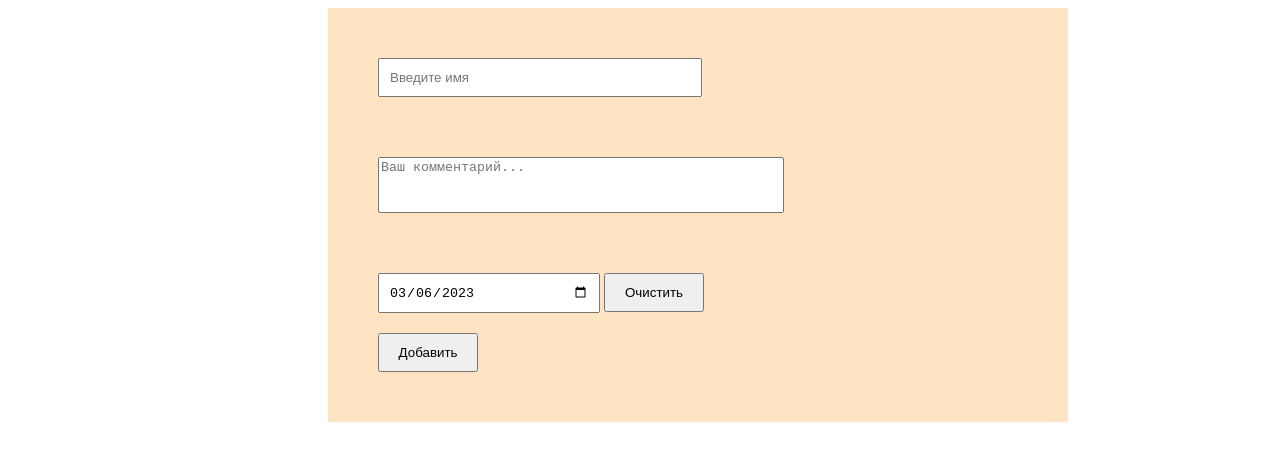
Repository: Grid-Master/commentList
Page: index.html
An editor plug-in stored every save of this project. The page is shown before and after the next save, followed by the edit.
The browser window is 1280 px wide. The pictures show the whole page.

Above is the page before, as saved 2023-03-12 21:04:57.

### index.html
<!DOCTYPE html>
<html lang="en">
  <head>
    <meta charset="UTF-8" />
    <meta http-equiv="X-UA-Compatible" content="IE=edge" />
    <meta name="viewport" content="width=device-width, initial-scale=1.0" />
    <title>Comments</title>
    <style>
      form {
        width: 50vw;
        margin-left: 25vw;
        background-color: bisque;
        display: flex;
        flex-direction: column;
        padding: 50px;
      }

      input[type='text'] {
        width: 300px;
        padding: 10px;
        margin-bottom: 20px;
      }
      textarea {
        width: 400px;
        height: 50px;
        resize: none;
        margin-bottom: 20px;
      }

      input[type='date'] {
        width: 200px;
        padding: 9px;
        margin-bottom: 20px;
      }

      button {
        width: 100px;
        padding: 10px;
      }
    </style>
  </head>
  <body>
    <form onsubmit="addComment(); return false">
      <input id="name" type="text" placeholder="Введите имя" required />
      <h2 id="nameReq"></h2>
      <textarea id="comment" placeholder="Ваш комментарий..." required></textarea>
      <h2 id="commentReq"></h2>
      <div>
        <input type="date" id="date" />
        <button type="button" onclick="clearDate()">Очистить</button>
      </div>
      <button type="submit">Добавить</button>
    </form>
    <ul id="commentList"></ul>
    <script src="./script.js"></script>
  </body>
</html>

### script.js
let nameReq = document.getElementById('nameReq');
let commentReq = document.getElementById('commentReq');
let nameInput = document.getElementById('name');
let commentInput = document.getElementById('comment');
let dateInput = document.getElementById('date');
document.getElementById('date').valueAsDate = new Date();

function clearDate() {
  document.getElementById('date').valueAsDate = null;
}

nameInput.addEventListener('change', () => {
  if (nameInput.value == '') {
    nameReq.innerText = 'Введите имя!';
  } else {
    nameReq.innerText = '';
  }
});

commentInput.addEventListener('change', () => {
  if (commentInput.value == '') {
    nameReq.innerText = 'Введите комментарий!';
  } else {
    nameReq.innerText = '';
  }
});

function addComment() {
  let name = document.getElementById('name').value;
  let comment = document.getElementById('comment').value;
  let date = document.getElementById('date').valueAsDate;
  let list = document.getElementById('commentList');

  let nameEl = document.createElement('h3');
  let commentEl = document.createElement('p');
  let dateEl = document.createElement('h4');
  let deleteEl = document.createElement('button');
  let container = document.createElement('div');

  nameEl.innerHTML = name;
  commentEl.innerHTML = comment;
  deleteEl.textContent = 'Удалить комментарий';

  deleteEl.addEventListener('click', () => {
    deleteEl.parentElement.remove();
  });

  if (date.toLocaleDateString() == new Date().toLocaleDateString()) {
    dateEl.innerHTML = `Сегодня в ${new Date().toLocaleTimeString()}`;
    container.append(nameEl, commentEl, dateEl, deleteEl);
  } else if (date.toLocaleDateString() == new Date(Date.now() - 86400000).toLocaleDateString()) {
    dateEl.innerHTML = `Вчера в ${new Date().toLocaleTimeString()}`;
    container.append(nameEl, commentEl, dateEl, deleteEl);
  } else {
    dateEl.innerHTML = `${date.toLocaleDateString()} в ${new Date().toLocaleTimeString()}`;
    container.append(nameEl, commentEl, dateEl, deleteEl);
  }
  list.append(container);

  nameInput.value = '';
  commentInput.value = '';
  dateInput.value = null;
}

After the next save:
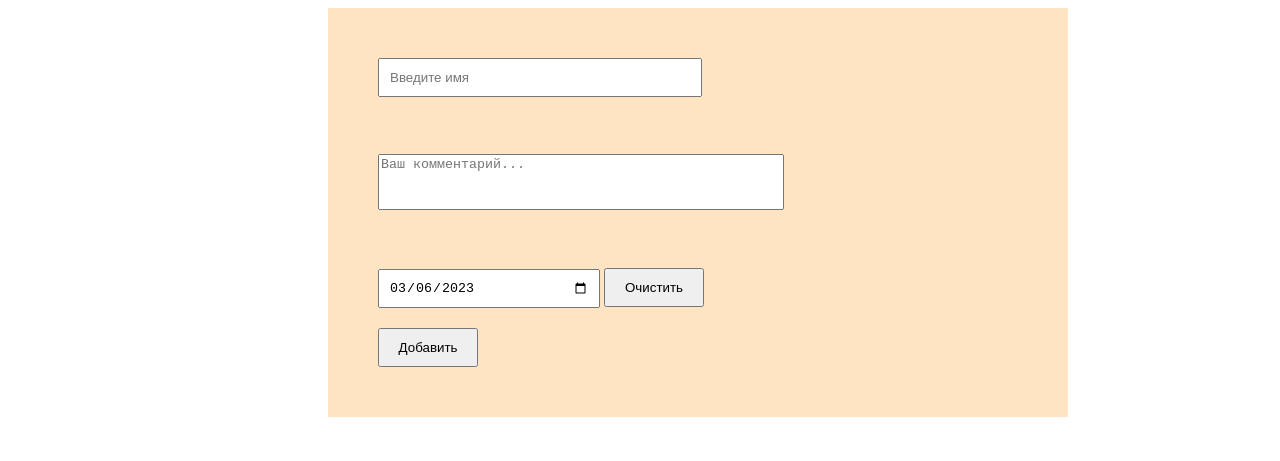
Saved 14 s later.
--- a/index.html
+++ b/index.html
@@ -42,9 +42,9 @@
   <body>
     <form onsubmit="addComment(); return false">
       <input id="name" type="text" placeholder="Введите имя" required />
-      <h2 id="nameReq"></h2>
+      <h3 id="nameReq"></h3>
       <textarea id="comment" placeholder="Ваш комментарий..." required></textarea>
-      <h2 id="commentReq"></h2>
+      <h3 id="commentReq"></h3>
       <div>
         <input type="date" id="date" />
         <button type="button" onclick="clearDate()">Очистить</button>
